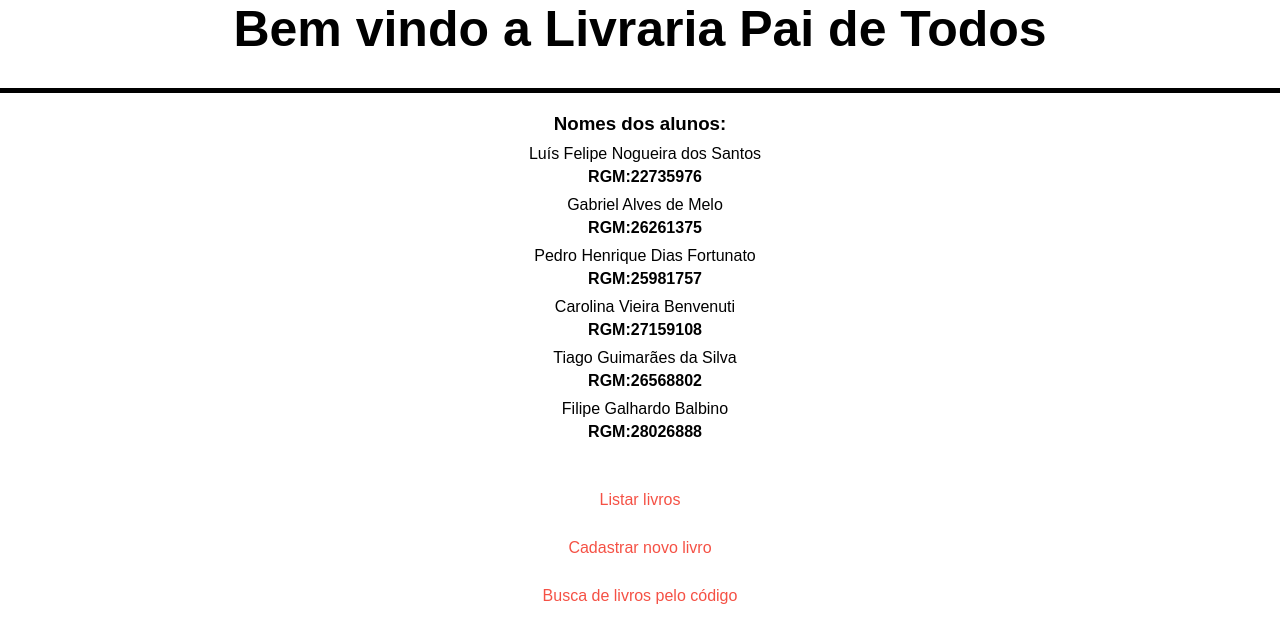
Repository: pedro202100/sistema-de-livros
Page: http://localhost/ProjetoLivrariaClienteServidor/
The author's editor kept a copy of each file at every save. The page is drawn from the files as they stood at one save, then again after the next save.
The browser window is 1280 px wide. The pictures show the whole page.
The page is served by Tomcat 9. Other server files are loaded and not shown.

Above is the page before, as saved 2022-11-07 02:00:50.

### ProjetoLivrariaClienteServidor/src/main/webapp/index.html
<!DOCTYPE html>
<html>
  <head>
    <meta charset="UTF-8" />
    <title>Projeto Cliente Servidor</title>
    <link rel="stylesheet" href="./index.css" />
  </head>
  <body>
    <header>
      <h1>Bem vindo a Livraria Pai de Todos</h1>
      <div class="divisor"></div>
    </header>
    <main>
      <section>
        <h3>Nomes dos alunos:</h3>
      </section>
      <article>
        <p>Luís Felipe Nogueira dos Santos</p>
        <p class="RGM">RGM:22735976</p>
      </article>
      <article>
        <p>Gabriel Alves de Melo</p>
        <p class="RGM">RGM:26261375</p>
      </article>
      <article>
        <p>Pedro Henrique Dias Fortunato</p>
        <p class="RGM">RGM:25981757</p>
      </article>
      <article>
        <p>Carolina Vieira Benvenuti</p>
        <p class="RGM">RGM:27159108</p>
      </article>
      <article>
        <p>Tiago Guimarães da Silva</p>
        <p class="RGM">RGM:26568802</p>
      </article>
      <article>
        <p>Filipe Galhardo Balbino</p>
        <p class="RGM">RGM:28026888</p>
      </article>

      <section class="links">
        <a href="listaLivrosPorCategoria.html"> Listar livros </a>

        <a href="cadastar_editar_livros.html"> Cadastrar novo livro</a>

        <a href="busca_de_livros.html"> Busca de livros pelo código</a>
      </section>
    </main>
  </body>
</html>

### ProjetoLivrariaClienteServidor/src/main/webapp/index.css
@charset "UTF-8";

* {
  margin: 0;
  padding: 0;
  border: box-sizing;
  font-family: sans-serif;
  text-align: center;
}

header {
  font-size: 25px;
}

.divisor {
  border: 5px solid;
  border-top: none;
  border-left: none;
  border-right: none;
  margin-top: 30px;
  margin-bottom: 20px;
}

article {
  margin: 10px 0 0 10px;
}
p {
  margin-top: 5px;
}

.RGM {
  font-weight: bold;
}

.links {
  display: flex;
  flex-direction: column;
  justify-content: space-between;
  margin-top: 50px;
}

.links a {
  margin-bottom: 30px;
  text-decoration: none;
  outline: none;
  color: #f55145;
}

After the next save:
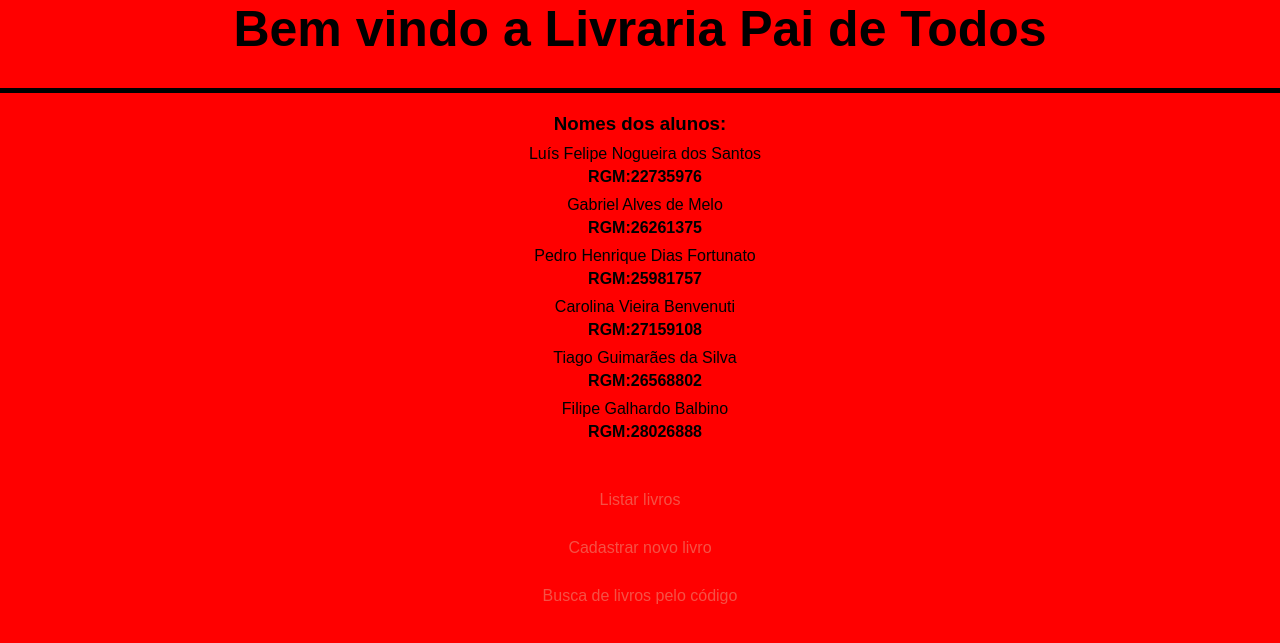
Saved 2 min 9 s later.
--- a/ProjetoLivrariaClienteServidor/src/main/webapp/index.css
+++ b/ProjetoLivrariaClienteServidor/src/main/webapp/index.css
@@ -6,6 +6,7 @@
   border: box-sizing;
   font-family: sans-serif;
   text-align: center;
+  background: red;
 }
 
 header {

After the save that followed:
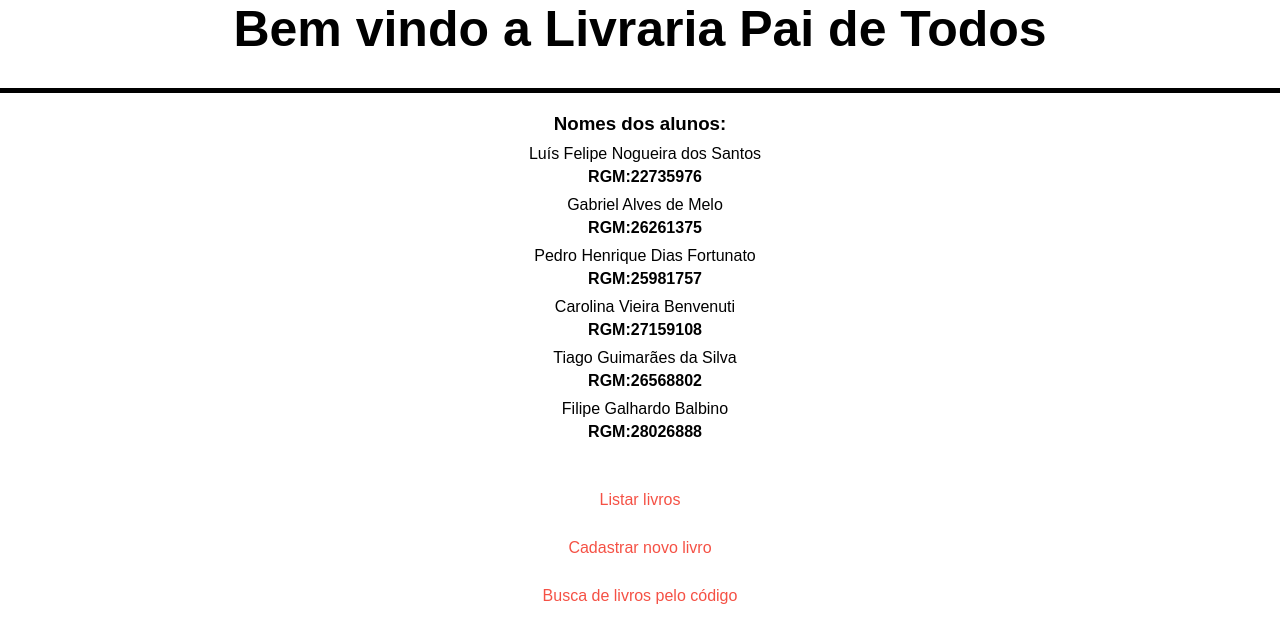
Saved 38 s later.
--- a/ProjetoLivrariaClienteServidor/src/main/webapp/index.css
+++ b/ProjetoLivrariaClienteServidor/src/main/webapp/index.css
@@ -6,7 +6,7 @@
   border: box-sizing;
   font-family: sans-serif;
   text-align: center;
-  background: red;
+
 }
 
 header {
